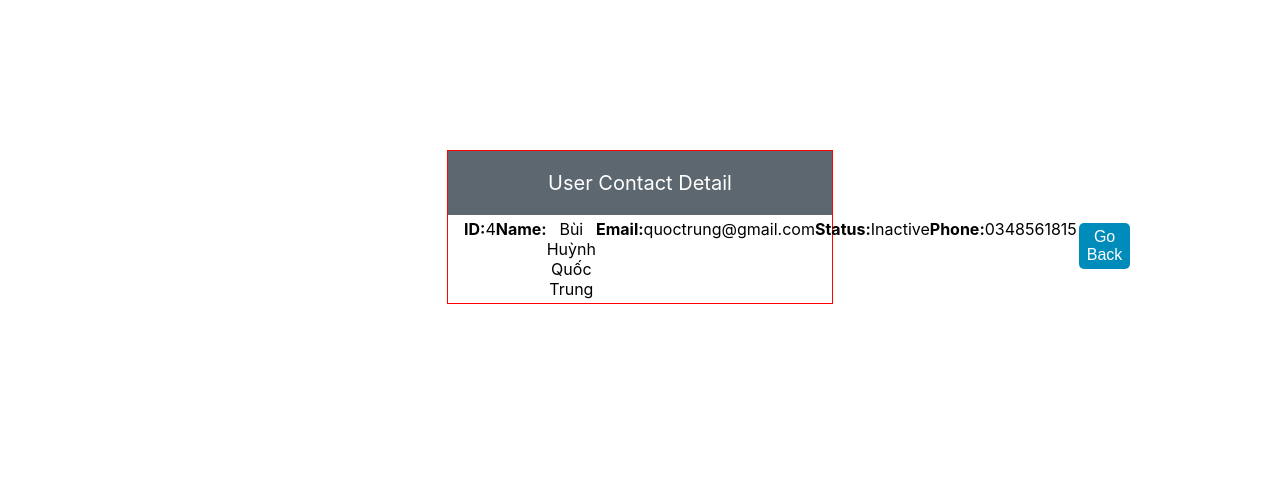
Repository: fdhhhdjd/Redux-Toolkit-CURD-Firebase
Page: /view/4
These files come from the project's save history. The page is drawn as it stood at one moment and after the next save; the edit follows.
The browser window is 1280 px wide. The pictures show the whole page.
The project was rebuilt for these pictures with package versions that can differ from the ones it lists, and the page was loaded fresh each time. Also part of the build but not shown: src/Component/Home.js, src/Styles/AddEdit.css, src/Component/AddEdit.js.

Above is the page before, as saved 2021-10-24 21:55:52.

### src/index.js
import React from "react";
import ReactDOM from "react-dom";
import "./index.css";
import App from "./App";
import store from "./Redux/Store";
import { Provider } from "react-redux";
import * as serviceWorker from "./serviceWorker";

ReactDOM.render(
  <React.StrictMode>
    <Provider store={store}>
      <App />
    </Provider>
  </React.StrictMode>,
  document.getElementById("root")
);

// If you want your app to work offline and load faster, you can change
// unregister() to register() below. Note this comes with some pitfalls.
// Learn more about service workers: https://bit.ly/CRA-PWA
serviceWorker.unregister();

### src/App.js
import React from "react";
import "./App.css";
import { BrowserRouter, Switch, Route } from "react-router-dom";
import { ToastContainer } from "react-toastify";
import "react-toastify/dist/ReactToastify.css";
import { Home, View, AddEdit } from "./import/Index";
function App() {
  return (
    <>
      <BrowserRouter>
        <div className="App">
          <ToastContainer position="top-center" />
          <Switch>
            <Route exact path="/" component={Home} />
            <Route path="/add" component={AddEdit} />
            <Route path="/update/:id" component={AddEdit} />
            <Route path="/view/:id" component={View} />
          </Switch>
        </div>
      </BrowserRouter>
    </>
  );
}

export default App;

### src/Redux/Store.js
import { configureStore, createStore } from "@reduxjs/toolkit";
import logger from "redux-logger";
import thunk from "redux-thunk";
import { composeWithDevTools } from "redux-devtools-extension";
import ContactReducer from "./ContactSlice";
const middleware = [thunk];
if (process.env.NODE_ENV === "development") {
  middleware.push(logger);
}
const store = configureStore({
  reducer: {
    todos: ContactReducer,
    middleware: [logger],
  },
});

export default store;

### src/import/Index.js
export { default as Home } from "../Component/Home";
export { default as AddEdit } from "../Component/AddEdit";
export { default as View } from "../Component/View";

### src/Redux/ContactSlice.js
import { createSlice, createAsyncThunk } from "@reduxjs/toolkit";
import { v4 as uuidv4 } from "uuid";
import { nanoid } from "nanoid";
const initialState = {
  contacts: [
    {
      id: 1,
      name: "Nguyễn Tiến Tài",
      email: "nguyentientai10@gmai.com",
      phone: "0798805741",
      status: "Active",
    },
    {
      id: 2,
      name: "Nguyễn Hữu Quyền",
      email: "huuquyen2000@gmail.com",
      phone: "09658235656",
      status: "Inactive",
    },
    {
      id: 3,
      name: "Nguyễn Bảo Khang",
      email: "jbaokhangdesigner@gmail.com",
      phone: "0353263452",
      status: "Active",
    },
    {
      id: 4,
      name: "Bùi Huỳnh Quốc Trung	",
      email: "quoctrung@gmail.com",
      phone: "0348561815",
      status: "Inactive",
    },
    {
      id: 5,
      name: "Trần Phi Hoàng",
      email: "phihoang1@gmail.com",
      phone: "0936095986",
      status: "Active",
    },
  ],
  contact: {
    name: "",
    email: "",
    phone: "",
    status: "",
  },
};
const TodoSlice = createSlice({
  name: "todos",
  initialState,
  reducers: {
    getContact: (state, action) => {
      state.contact = state.contacts.find((item) => item.id == action.payload);
    },
    addContact: (state, action) => {
      const newData = { ...action.payload, id: uuidv4() };
      state.contacts = [...state.contacts, newData];
    },
    deleteContact: (state, action) => {
      state.contacts = state.contacts.filter(
        (item) => item.id !== action.payload
      );
    },
    updateContact: (state, action) => {
      state.contacts = state.contacts.map((item) =>
        item.id === action.payload.id ? action.payload : item
      );
    },
  },
});
const ContactReducer = TodoSlice.reducer;
export const { addContact, deleteContact, getContact, updateContact } =
  TodoSlice.actions;
export const GetTodo = (state) => state.todos;
export default ContactReducer;

### src/Component/View.js
import React, { useEffect, useState } from "react";
import { useParams } from "react-router";
import "../Styles/View.css";
import { Link } from "react-router-dom";
import { getContact, GetTodo } from "../Redux/ContactSlice";
import { useDispatch, useSelector } from "react-redux";

const View = () => {
  const [user, setUser] = useState({});
  const { contact } = useSelector(GetTodo);
  const { id } = useParams();
  const dispatch = useDispatch();
  useEffect(() => {
    dispatch(getContact(id));
    setUser({ ...contact });
  }, [id, contact]);

  return (
    <>
      <div style={{ marginTop: "150px" }}>
        <div className="card">
          <div className="card-header">
            <p>User Contact Detail</p>
          </div>
          <div className="container">
            <strong>ID: </strong>
            <span>{id}</span>
            <br />
            <br />
            <strong>Name: </strong>
            <span>{user.name}</span>
            <br />
            <br />
            <strong>Email: </strong>
            <span>{user.email}</span>
            <br />
            <br />
            <strong>Status: </strong>
            <span>{user.status}</span>
            <br />
            <br />
            <strong>Phone: </strong>
            <span>{user.phone}</span>
            <br />
            <br />
            <Link to="/">
              <button className="btn btn-edit">Go Back</button>
            </Link>
          </div>
        </div>
      </div>
    </>
  );
};

export default View;

### src/Styles/Home.css
.styled-table {
    border-collapse: collapse;
    margin: auto;
    font-size: 0.9em;
    font-family: sans-serif;
    max-width: 1000px;
    box-shadow: 0 0 20px rgba(0, 0, 0, 0.15);
  }

  .styled-table thead tr {
    background-color: #009879;
    color: #ffffff;
    text-align: left;
  }

  .styled-table th,
  .styled-table td {
    padding: 12px 15px;
  }

  .styled-table tbody tr {
    border-bottom: 1px solid #dddddd;
  }

  .styled-table tbody tr:nth-of-type(even) {
    background-color: #f3f3f3;
  }

  .styled-table tbody tr:last-of-type {
    border-bottom: 2px solid #009879;
  }

  .btn {
    border: none;
    color: white;
    padding: 5px 8px;
    text-align: center;
    text-decoration: none;
    display: inline-block;
    border-radius: 5px;
    font-size: 16px;
    margin: 4px 2px;
    cursor: pointer;
  }

  .btn-edit {
    background-color: #008cba;
  }

  .btn-delete {
    background-color: #f44336;
  }

  .btn-view {
    background-color: #e7e7e7;
    color: black;
  }

  .btn-contact {
    background-color: #e82764;
    margin-bottom: 10px;
  }


  .btn-active {
    background-color: #808c4a;
    color: #fff;
  }

  .btn-inactive {
    background-color: #445f61;
    color: #fff;
  }

  .btn-reset {
    background-color: darkolivegreen;
    color: #fff;
  }

### src/Styles/View.css
.card {
    width: 30%;
    display: flex;
    flex-direction: column;
    border: 1px red solid;
    align-content: center;
    margin: 0 auto;
  }

  .card-header {
    height: 30%;
    background: #5d6770;
    color: white;
    text-align: center;
  }

  .card-header p {
    font-size: 20px;
  }
  .container {
    display:flex;
    justify-content: flex-start;
    padding: 4px 16px;
  }

Loaded but not shown: public/index.html (common file); src/index.css (common file); src/serviceWorker.js (common file); src/App.css (common file)

After the next save:
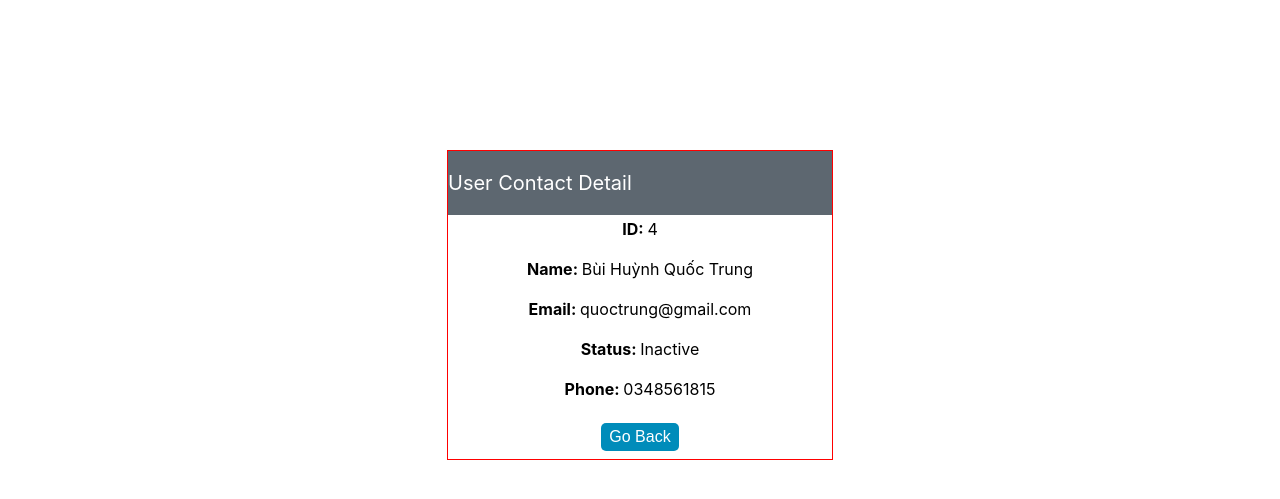
Saved 23 s later.
--- a/src/Styles/View.css
+++ b/src/Styles/View.css
@@ -16,9 +16,10 @@
 
   .card-header p {
     font-size: 20px;
+    display:flex;
+    justify-content: flex-start;
   }
   .container {
-    display:flex;
-    justify-content: flex-start;
+
     padding: 4px 16px;
   }

After the save that followed:
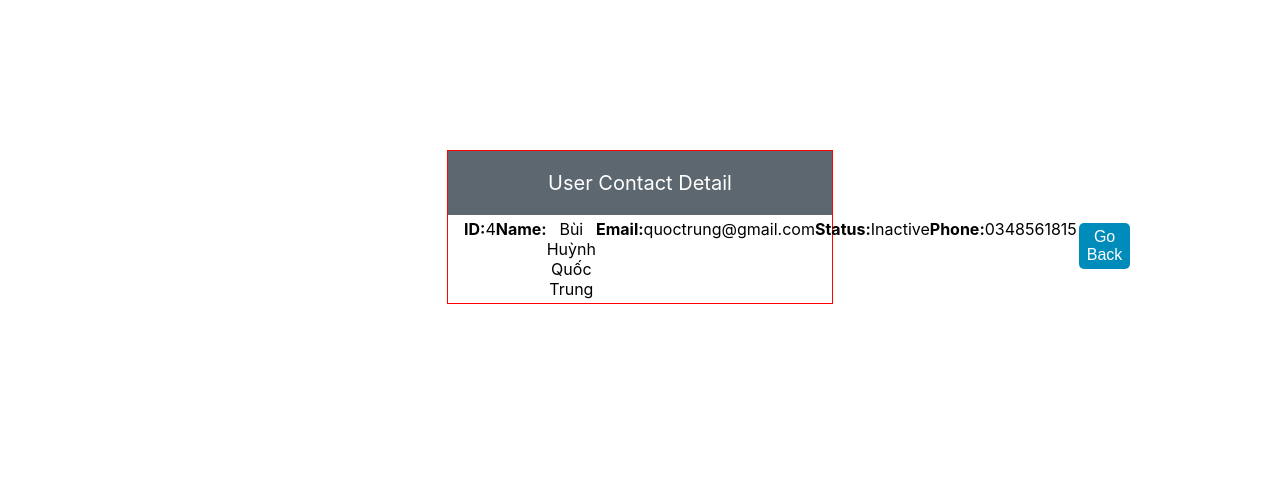
Saved 16 s later.
--- a/src/Styles/View.css
+++ b/src/Styles/View.css
@@ -16,10 +16,10 @@
 
   .card-header p {
     font-size: 20px;
+
+  }
+  .container {
     display:flex;
     justify-content: flex-start;
-  }
-  .container {
-
     padding: 4px 16px;
   }
